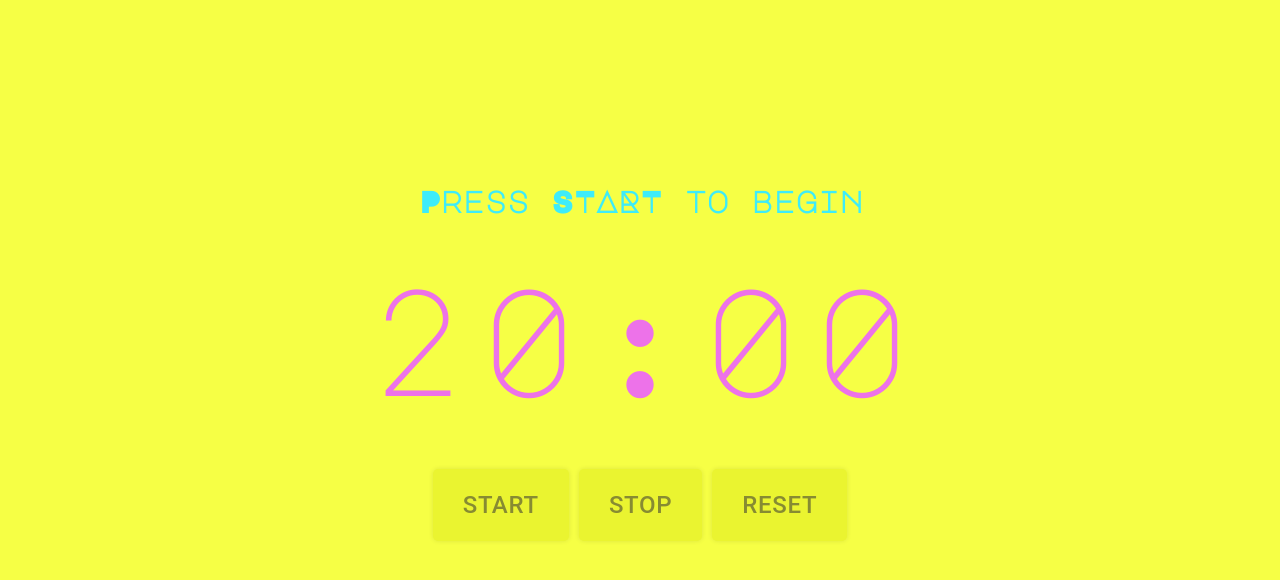
Repository: realistmccoy/pomodoro
Page: /
These files come from the project's save history. The page is drawn as it stood at one moment and after a run of saves; the edit follows.
The browser window is 1280 px wide. The pictures show the whole page.
The project was rebuilt for these pictures with package versions that can differ from the ones it lists, and the page was loaded fresh each time.

Above is the page before, as saved 2020-12-10 01:06:10.

### src/App.js
import React, { useState, useRef } from 'react';
import './App.css';
import { Button } from '@material-ui/core';

function padTime(time) {
	return time.toString().padStart(2, '0');
}

export default function App() {
	const [title, setTitle] = useState('Press START to begin');
	const [timeLeft, setTimeLeft] = useState(20 * 60);
	const intervalRef = useRef(null);

	function startTimer() {
		setTitle('FOCUS');
		intervalRef.current = setInterval(() => {
			setTimeLeft((timeLeft) => {
				if (timeLeft >= 1) return timeLeft - 1;
				resetTimer()
				return 0;
			});
		}, 1000);
	}

	function stopTimer() {
		setTitle('Get back to work');
		clearInterval(intervalRef.current);
		console.log(intervalRef.current);
	}

	function resetTimer() {
		clearInterval(intervalRef.current);
		setTitle('Ready to go another round?');
		setTimeLeft(20 * 60);
	}

	const minutes = padTime(Math.floor(timeLeft / 60));
	const seconds = padTime(timeLeft - minutes * 60);

	return (
		<div className='app'>
			<h2>{title}</h2>

			<div className='timer'>
				<span>{minutes}</span>
				<span>:</span>
				<span>{seconds}</span>
			</div>

			<div className='buttons'>
				<Button onClick={startTimer}>Start</Button>
				<Button onClick={stopTimer}>Stop</Button>
				<Button onClick={resetTimer}>Reset</Button>
			</div>
		</div>
	);
}

### src/App.css
@import url('https://fonts.googleapis.com/css2?family=Major+Mono+Display&display=swap');

* {
  box-sizing: border-box;
}

body {
  padding: 0;
  margin: 0;
  font-family: 'Major Mono Display', monospace;
  line-height: 1.5;
}

.app {
  min-height: 100vh;
  padding-left: 20px;
  padding-right: 20px;
  display: flex;
  flex-direction: column;
  align-items: center;
  justify-content: center;
  background: #f6ff45;
  color: #2f9153;
}

h2 {
  color: #3eecf9;
  font-size: 30px;
  text-align: center;
  margin: 0;
}

.timer {
  color: #ed72e9;
  font-size: 150px;
  margin-bottom: 20px;
}

.buttons button {
  outline: none;
  border: none;
  font-size: 24px;
  background: #eaf430;
  color: #878b32;
  border-radius: 5px;
  box-shadow: 0 0 5px rgba(0, 0, 0, 0.1);
  padding: 15px 30px;
  cursor: pointer;
  transition: 0.3s ease all;
}

.buttons button:hover {
  border-radius: 10px;
  background: #b9bf61;
  box-shadow: 0 0 10px rgba(0, 0, 0, 0.15);
  transform: translateY(-2px);
}

.buttons button:not(:last-child) {
  margin-right: 10px;
}

@media (max-width: 780px) {
  h2 {
    font-size: 22px;
  }

  .timer {
    font-size: 80px;
  }

  .buttons button {
    font-size: 18px;
  }
}

Loaded but not shown: public/index.html (common file); src/index.js (common file)

After the next 4 saves:
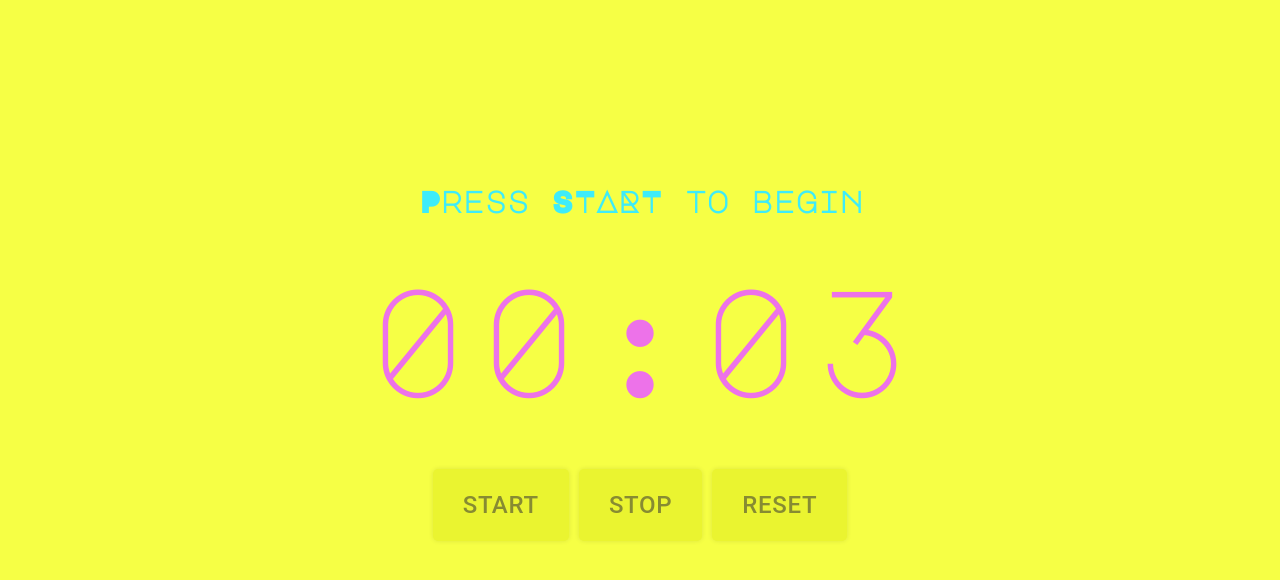
The 4 saves are shown as one change because they came seconds apart.
The last was saved 36 s later.
--- a/src/App.js
+++ b/src/App.js
@@ -8,7 +8,7 @@
 
 export default function App() {
 	const [title, setTitle] = useState('Press START to begin');
-	const [timeLeft, setTimeLeft] = useState(20 * 60);
+	const [timeLeft, setTimeLeft] = useState(3);
 	const intervalRef = useRef(null);
 
 	function startTimer() {
@@ -16,7 +16,7 @@
 		intervalRef.current = setInterval(() => {
 			setTimeLeft((timeLeft) => {
 				if (timeLeft >= 1) return timeLeft - 1;
-				resetTimer()
+				resetTimer();
 				return 0;
 			});
 		}, 1000);

After the save that followed:
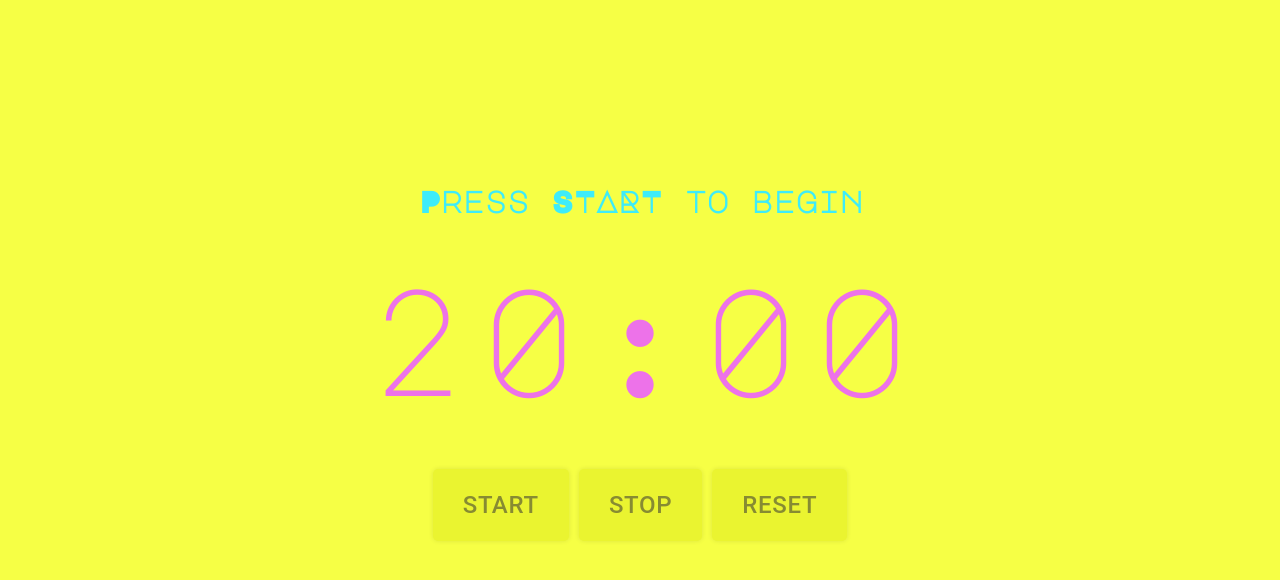
Saved 17 s later.
--- a/src/App.js
+++ b/src/App.js
@@ -8,7 +8,7 @@
 
 export default function App() {
 	const [title, setTitle] = useState('Press START to begin');
-	const [timeLeft, setTimeLeft] = useState(3);
+	const [timeLeft, setTimeLeft] = useState(20 * 60);
 	const intervalRef = useRef(null);
 
 	function startTimer() {
